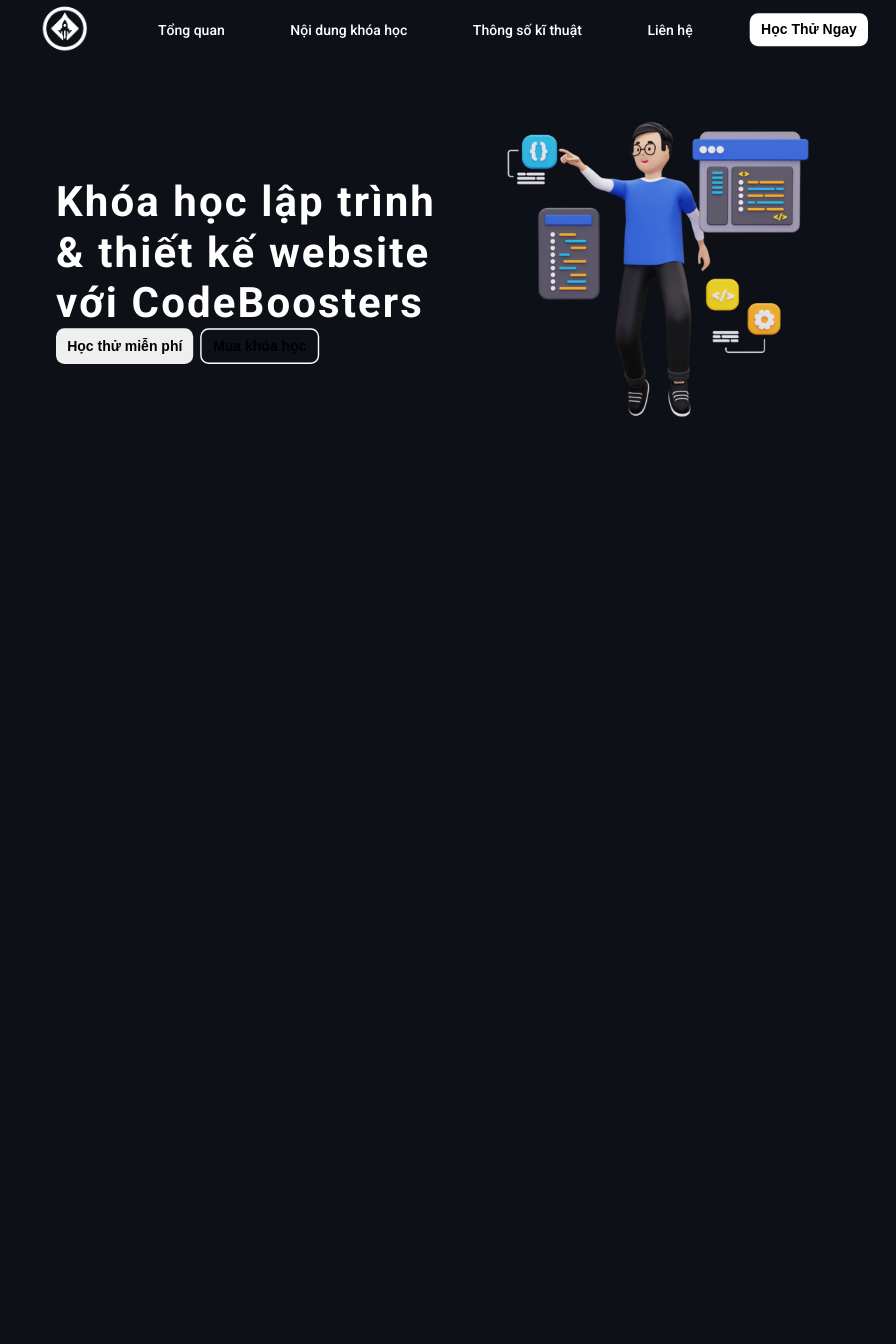
Repository: Dangtrinh28/landingpage
Page: index.html
These files come from the project's save history. The page is drawn as it stood at one moment and after the next save; the edit follows.
The browser window is 1280 px wide. The pictures show the part of the page from y = 0 to 1920 px (the page is 2847 px tall), at 70% of full size.

Above is the page before, as saved 2023-02-21 15:54:09.

After the next save:
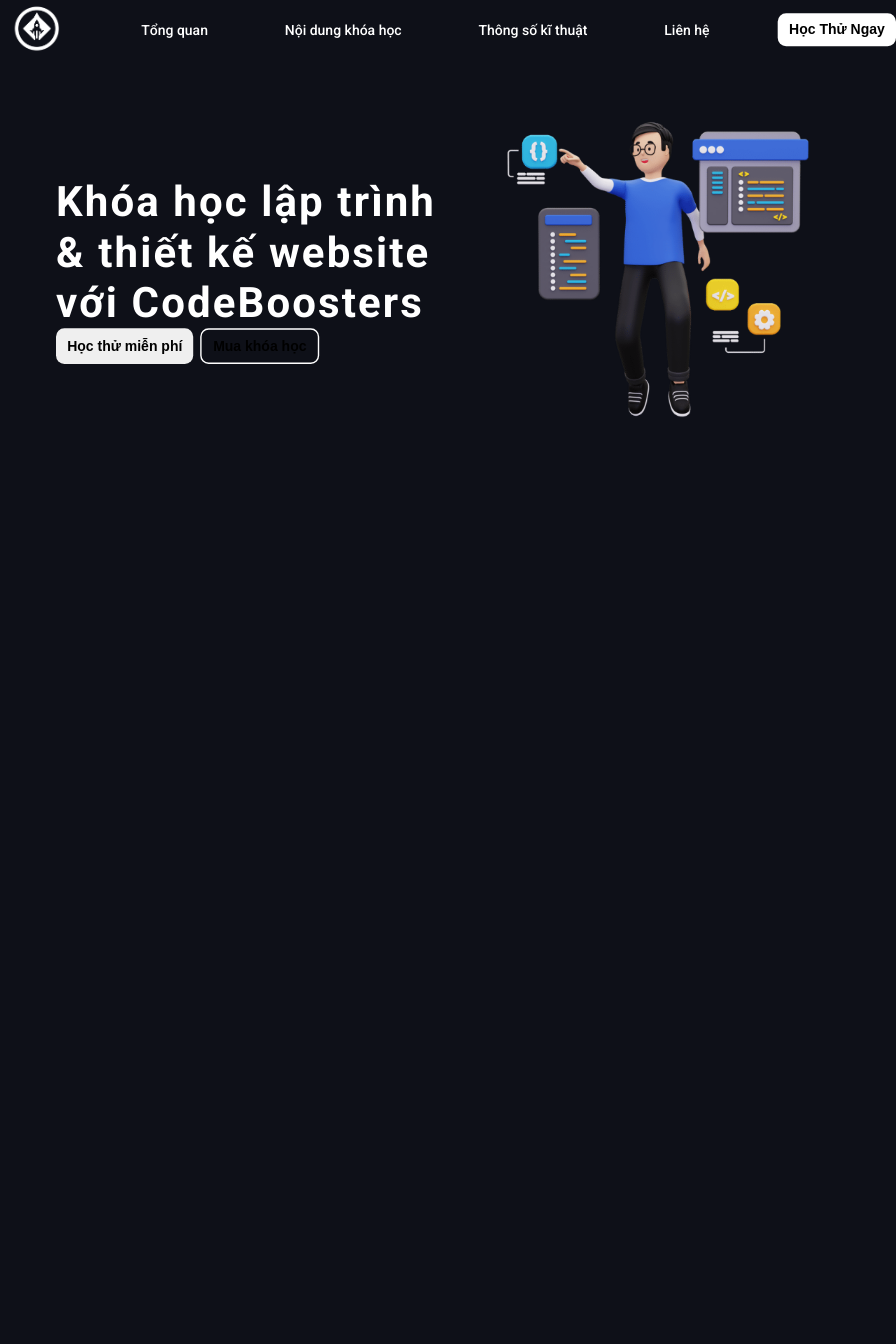
Saved 6 s later.
--- a/styles/main.css
+++ b/styles/main.css
@@ -78,7 +78,7 @@
     display: flex;
     justify-content: space-between;
     align-items: center;
-    padding: 0 40px;
+    /* padding: 0 40px; */
 }
 
 .header__logo {

After the 2 saves that followed:
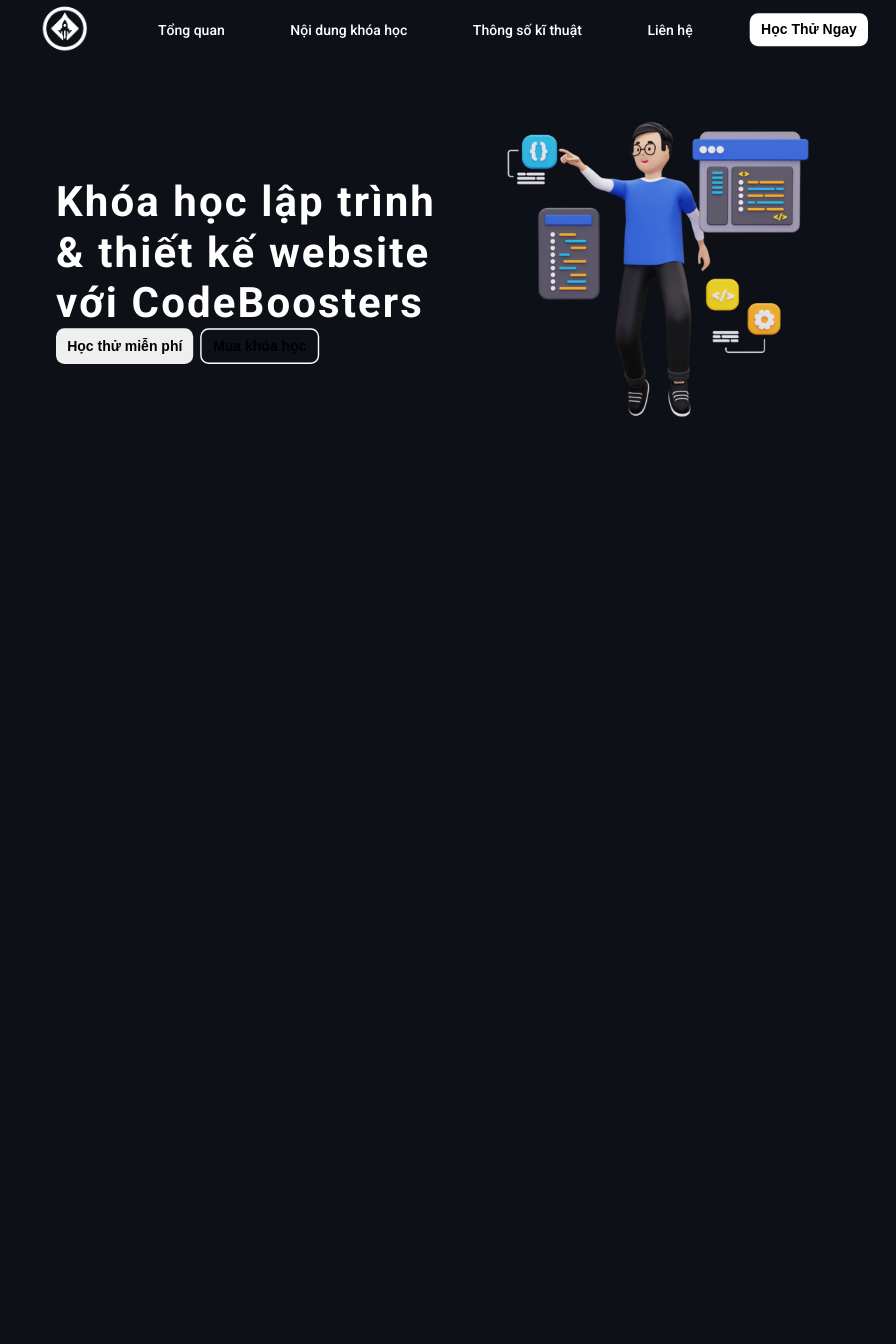
The 2 saves are shown as one change because 1 left the picture as it was.
The last was saved 16 s later.
--- a/index.html
+++ b/index.html
@@ -11,18 +11,20 @@
 
 <body>
     <div class="main">
-        <header>
-            <div class="header__logo">
-                <a href="./index.html" class="header___link"><img src="./styles/img/logo.png" alt="" class="header__img"></a>
-            </div>
+        <div class="container">
+            <header>
+                <div class="header__logo">
+                    <a href="./index.html" class="header___link"><img src="./styles/img/logo.png" alt="" class="header__img"></a>
+                </div>
 
-            <li class="header__item"><a href="" class="header___link">Tổng quan</a></li>
-            <li class="header__item"><a href="" class="header___link">Nội dung khóa học</a></li>
-            <li class="header__item"><a href="" class="header___link">Thông số kĩ thuật</a></li>
-            <li class="header__item"><a href="" class="header___link">Liên hệ</a></li>
+                <li class="header__item"><a href="" class="header___link">Tổng quan</a></li>
+                <li class="header__item"><a href="" class="header___link">Nội dung khóa học</a></li>
+                <li class="header__item"><a href="" class="header___link">Thông số kĩ thuật</a></li>
+                <li class="header__item"><a href="" class="header___link">Liên hệ</a></li>
 
-            <button style="color: #000000; background-color: #FFF;" class="btn">Học Thử Ngay</button>
-        </header>
+                <button style="color: #000000; background-color: #FFF;" class="btn">Học Thử Ngay</button>
+            </header>
+        </div>
 
         <div class="container">
             <div class="banner row f-center">
--- a/styles/main.css
+++ b/styles/main.css
@@ -78,7 +78,6 @@
     display: flex;
     justify-content: space-between;
     align-items: center;
-    /* padding: 0 40px; */
 }
 
 .header__logo {
